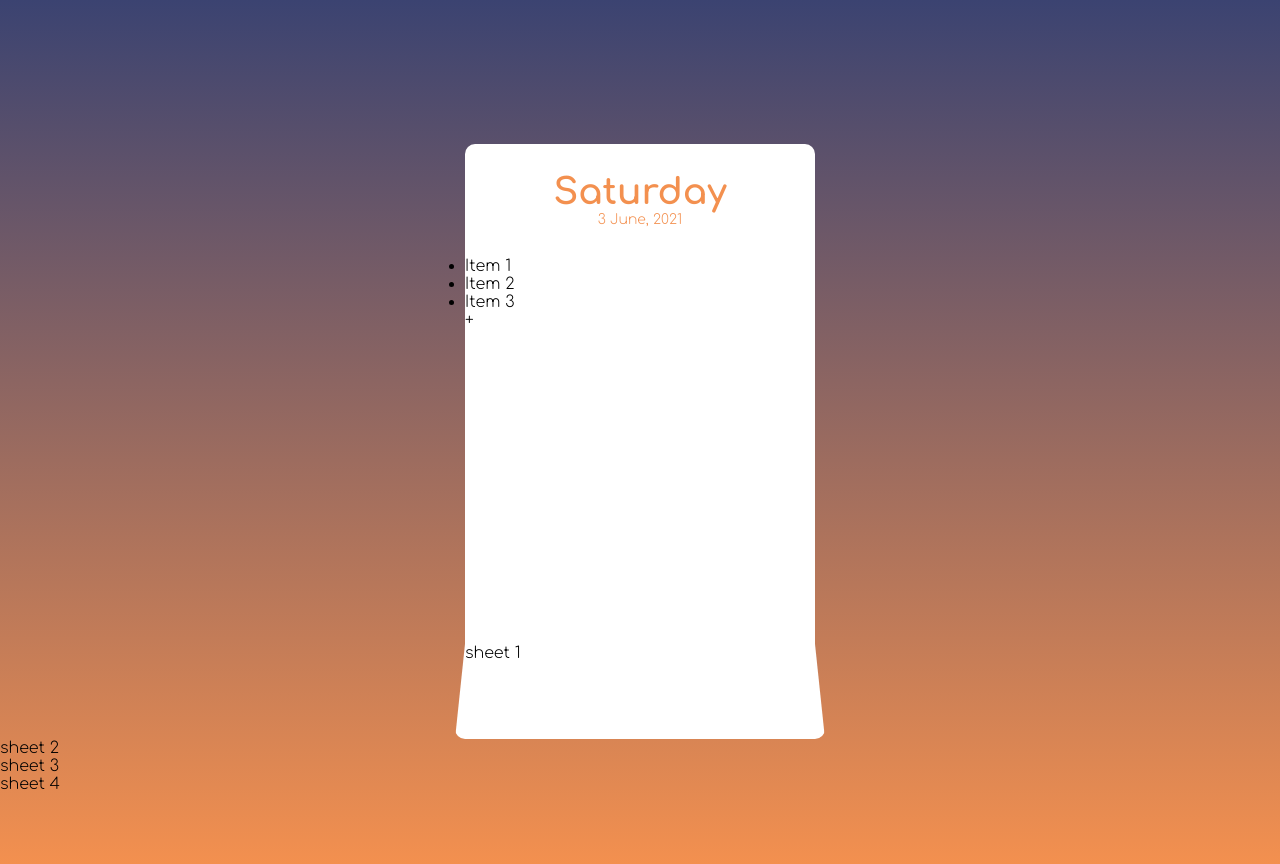
Repository: Colo-Codes/mini-projects
Page: todo-app/index.html
These files come from the project's save history. The page is drawn as it stood at one moment and after the next save; the edit follows.
The browser window is 1280 px wide. The pictures show the whole page.

Above is the page before, as saved 2021-07-04 11:39:18.

### todo-app/index.html
<!DOCTYPE html>
<html lang="en">
    <head>
        <meta charset="UTF-8" />
        <meta http-equiv="X-UA-Compatible" content="IE=edge" />
        <meta name="viewport" content="width=device-width, initial-scale=1.0" />
        <link rel="stylesheet" href="./css/index.css" />
        <title>Mini-Project - ToDo app</title>
    </head>
    <body>
        <div class="changing-background">
            <main class="todo">
                <section id="todo--header">
                    <header>Saturday</header>
                    <p>3 June, 2021</p>
                </section>
                <section id="todo--tasks-list">
                    <ul>
                        <li class="todo--tasks-list--item">Item 1</li>
                        <li class="todo--tasks-list--item">Item 2</li>
                        <li class="todo--tasks-list--item">Item 3</li>
                    </ul>
                </section>
                <section id="todo--footer">
                    <p>+</p>
                </section>
            </main>
            <div id="sheet-1-3d">sheet 1</div>
            <div id="sheet-2-3d">sheet 2</div>
            <div id="sheet-3-3d">sheet 3</div>
            <div id="sheet-4-3d">sheet 4</div>
        </div>
    </body>
</html>

### todo-app/css/index.css
@import url('https://fonts.googleapis.com/css2?family=Comfortaa:wght@300;700&display=swap');

/* Initial reset */

html {
    box-sizing: border-box;
    font-size: 16px;
}

*,
*:before,
*:after {
    box-sizing: inherit;
    margin: 0;
    padding: 0;
    /*outline: 1px dashed blue; /* Debugging purposes */
}

body {
    font-family: 'Comfortaa', cursive;
    background: #f3904f; /* fallback for old browsers */
    background: -webkit-linear-gradient(
        to bottom,
        #3b4371,
        #f3904f
    ); /* Chrome 10-25, Safari 5.1-6 */
    background: linear-gradient(
        to bottom,
        #3b4371,
        #f3904f
    ); /* W3C, IE 10+/ Edge, Firefox 16+, Chrome 26+, Opera 12+, Safari 7+ */
    background-repeat: no-repeat;
    background-size: cover;
    height: 100vh;
}

.todo {
    margin: auto;
    margin-top: 20vh;
    width: 350px;
    height: 500px;
    background-color: white;
    border-radius: 10px 10px 0 0;
}

#sheet-1-3d {
    width: 370px;
    height: 95px;
    margin: auto;
    border-radius: 0 0 10px 10px;
    /* trapezoidal shape */
    border-bottom: 95px solid white;
    border-left: 10px solid transparent;
    border-right: 10px solid transparent;
    /* height: 0; */
    /* width: 100px; */
    filter: drop-shadow();
}
#sheet-1-3d::after {
    box-shadow: 0px 17px 12px rgba(0, 0, 0, 0.25);
    color: tomato;
    width: 370px;
    height: 95px;
    margin: auto;
    border-radius: 0 0 10px 10px;
    z-index: 10;
}

#todo--header header {
    padding-top: 1.75rem;
    font-size: 2.25rem;
    font-weight: 700;
    text-align: center;
    color: #f3904f;
}

#todo--header p {
    font-size: 0.875rem;
    text-align: center;
    color: #f3904f;
}

#todo--tasks-list {
    margin-top: 1.875rem;
}

After the next save:
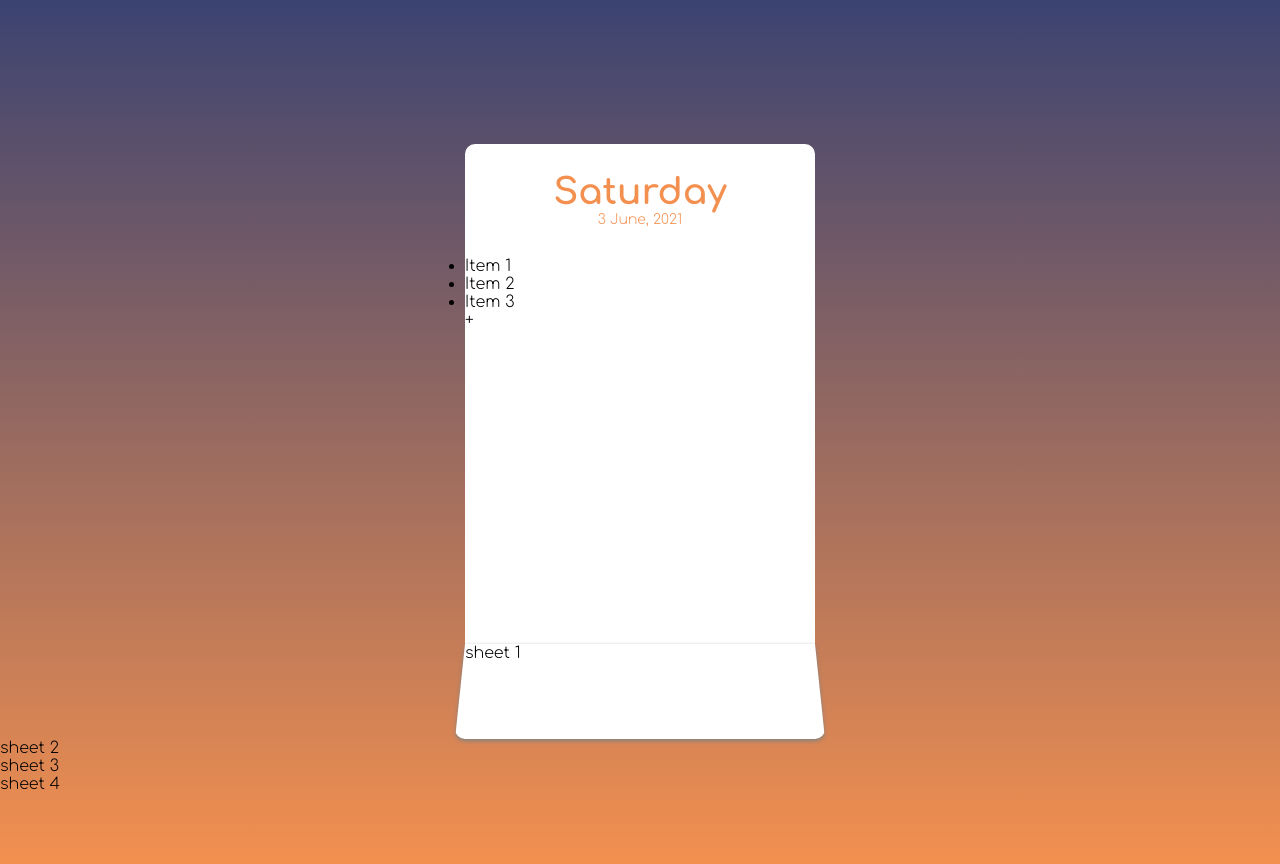
Saved 7 s later.
--- a/todo-app/css/index.css
+++ b/todo-app/css/index.css
@@ -54,7 +54,7 @@ body {
     border-right: 10px solid transparent;
     /* height: 0; */
     /* width: 100px; */
-    filter: drop-shadow();
+    filter: drop-shadow(0px 2px 2px rgba(130, 130, 130, 1));
 }
 #sheet-1-3d::after {
     box-shadow: 0px 17px 12px rgba(0, 0, 0, 0.25);
